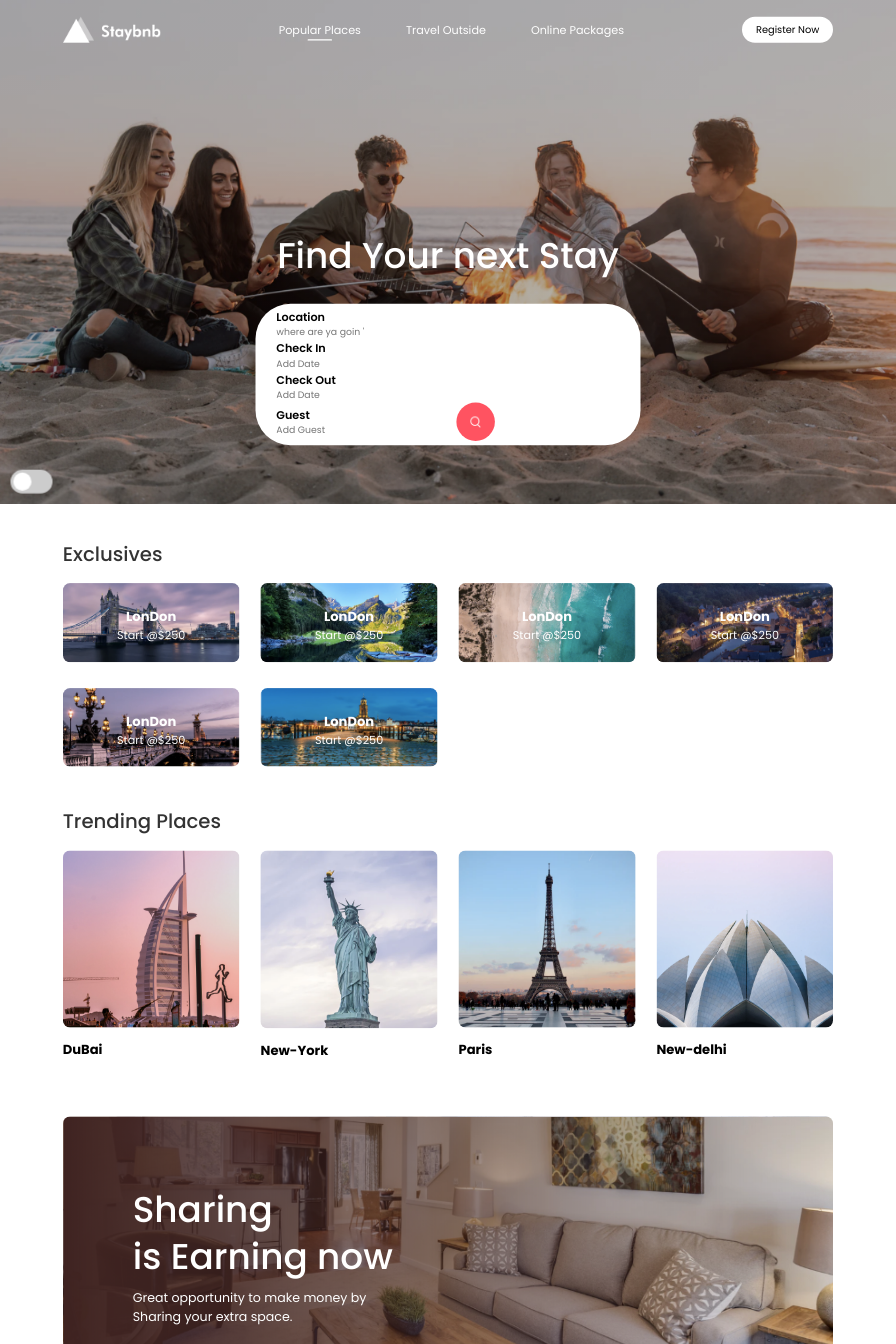
Repository: pinocoding/AirBnB
Page: index.html
An editor plug-in stored every save of this project. The page is shown before and after the next save, followed by the edit.
The browser window is 1280 px wide. The pictures show the part of the page from y = 0 to 1920 px (the page is 3041 px tall before and 3707 px after), at 70% of full size.

Above is the page before, as saved 2022-02-12 18:53:44.

After the next save:
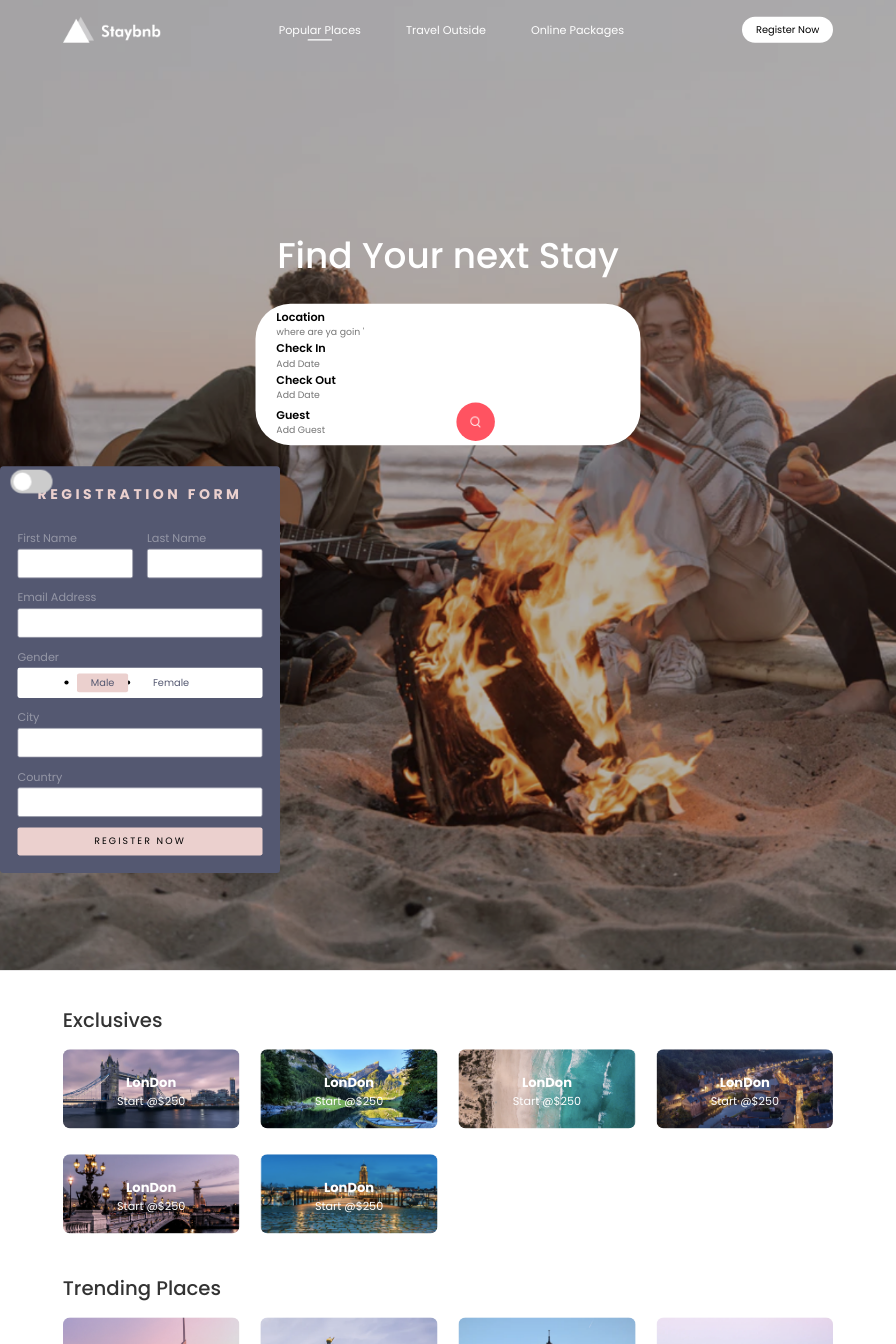
Saved 20 s later.
--- a/style.css
+++ b/style.css
@@ -303,6 +303,10 @@ nav {
     display: none;
 }
 
+.form {
+    display: block;
+}
+
 .registration_form {
     background: #545871;
     padding: 25px;
